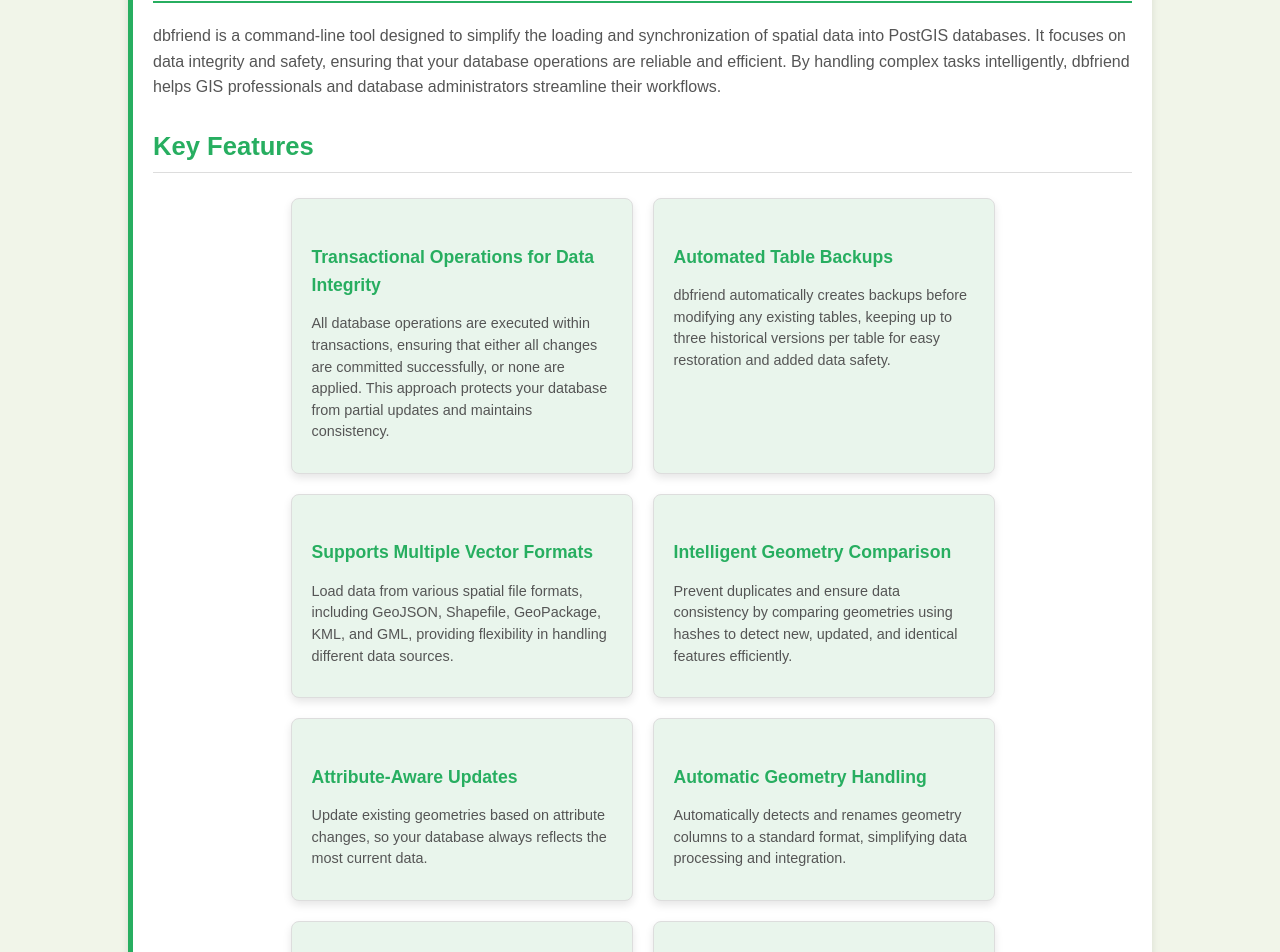
Repository: jesperfjellin/jesper-fjellin-pages
Page: index.html
The author's editor kept a copy of each file at every save. The page is drawn from the files as they stood at one save, then again after the next save.
The browser window is 1280 px wide. The pictures show the part of the page from y = 407 to 1359 px (the page is 4858 px tall).

Above is the page before, as saved 2024-11-08 00:30:41.

After the next save:
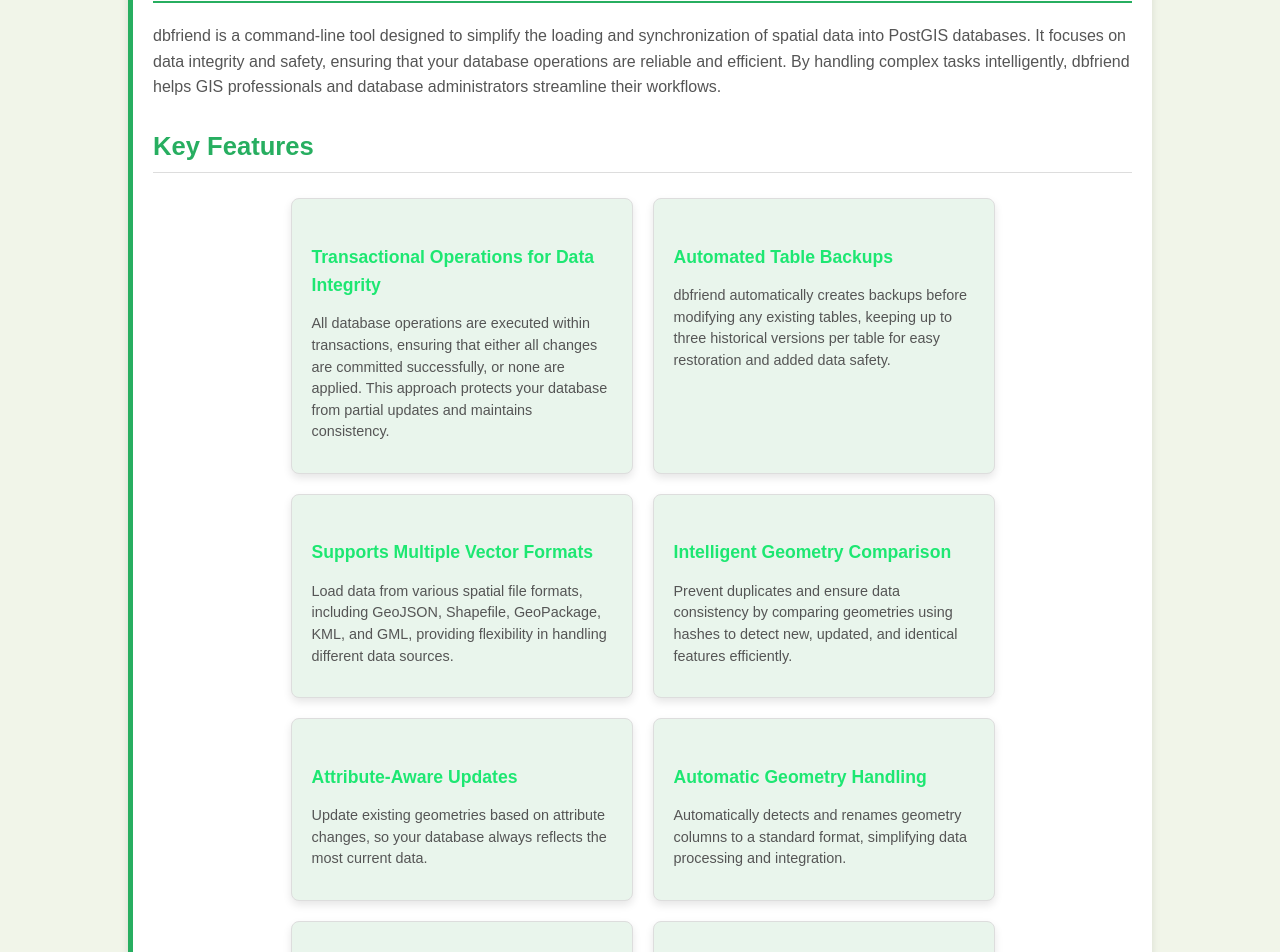
Saved 22 s later.
--- a/index.html
+++ b/index.html
@@ -193,7 +193,7 @@
             box-shadow: 0 6px 12px rgba(0, 0, 0, 0.15);
         }
         .feature-card h4 {
-            color: #27ae60; /* Dark green for feature titles */
+            color: #1de772; /* Dark green for feature titles */
             font-size: 1.1em;
             margin-bottom: 10px;
         }

After the save that followed:
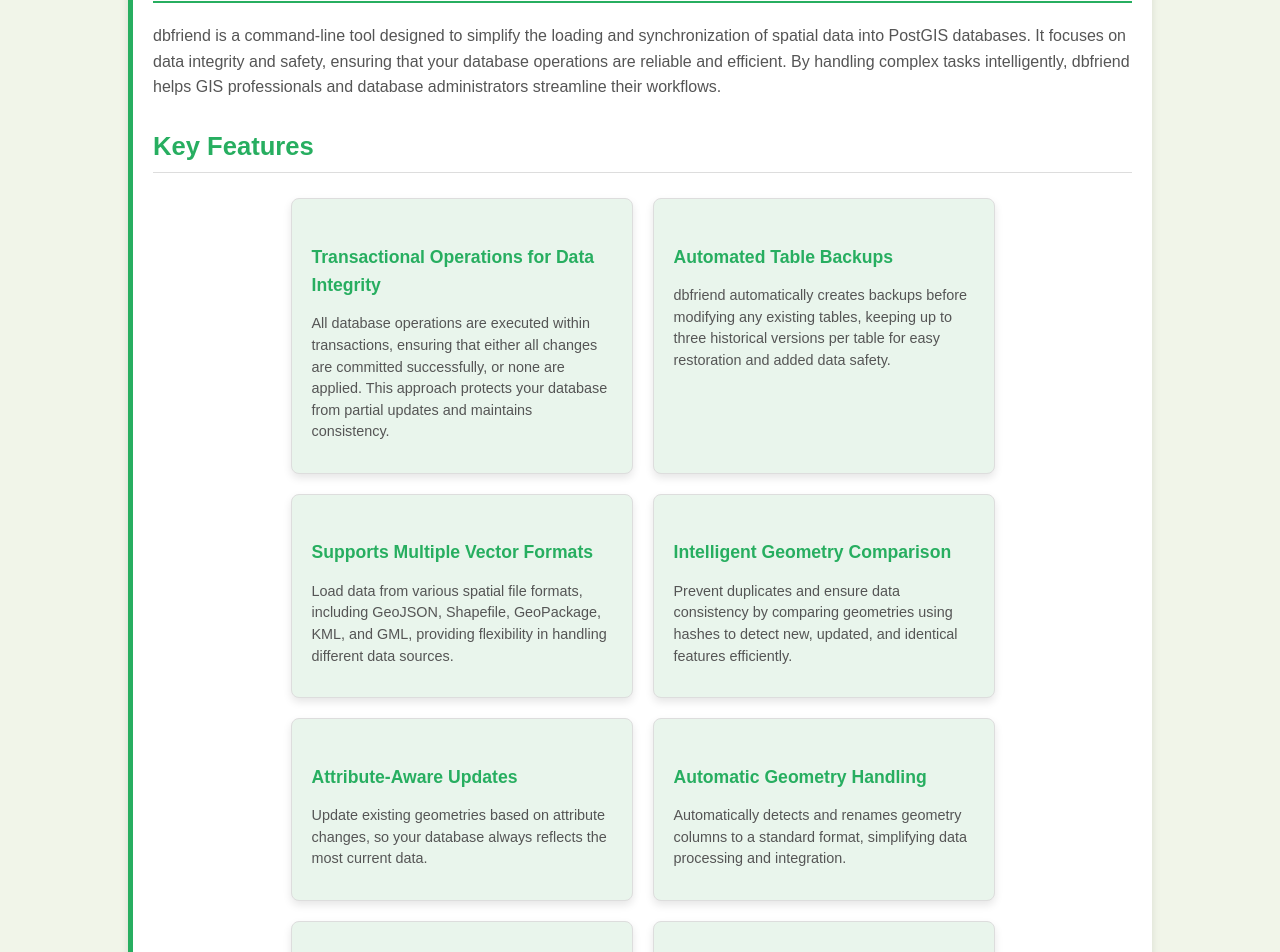
Saved 6 s later.
--- a/index.html
+++ b/index.html
@@ -193,7 +193,7 @@
             box-shadow: 0 6px 12px rgba(0, 0, 0, 0.15);
         }
         .feature-card h4 {
-            color: #1de772; /* Dark green for feature titles */
+            color: #27ae60; /* Dark green for feature titles */
             font-size: 1.1em;
             margin-bottom: 10px;
         }
